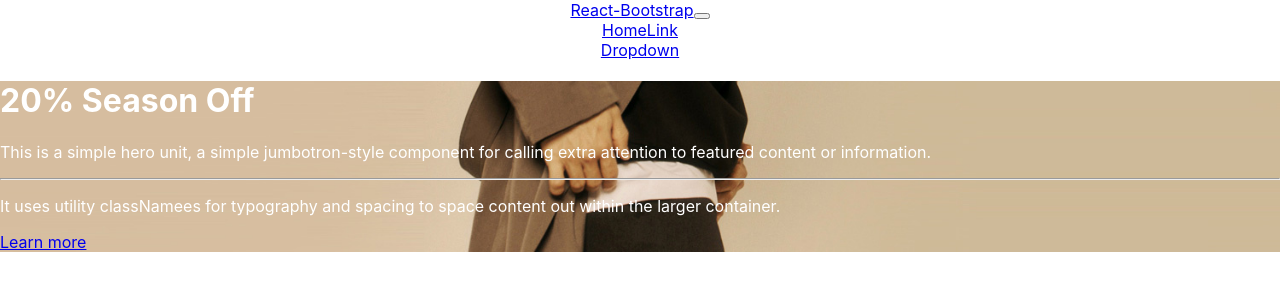
Repository: eunsuneun/react-shop
Page: /
The author's editor kept a copy of each file at every save. The page is drawn from the files as they stood at one save, then again after the next save.
The browser window is 1280 px wide. The pictures show the whole page.
The project was rebuilt for these pictures with package versions that can differ from the ones it lists, and the page was loaded fresh each time.

Above is the page before, as saved 2021-08-25 20:12:53.

### src/App.js
import logo from './logo.svg';
import { Navbar, Container, Nav, NavDropdown } from 'react-bootstrap';

import './App.css';

function App() {
  return (
    <div className='App'>
      <Navbar bg='light' expand='lg'>
        <Container>
          <Navbar.Brand href='#home'>React-Bootstrap</Navbar.Brand>
          <Navbar.Toggle aria-controls='basic-navbar-nav' />
          <Navbar.Collapse id='basic-navbar-nav'>
            <Nav className='me-auto'>
              <Nav.Link href='#home'>Home</Nav.Link>
              <Nav.Link href='#link'>Link</Nav.Link>
              <NavDropdown title='Dropdown' id='basic-nav-dropdown'>
                <NavDropdown.Item href='#action/3.1'>Action</NavDropdown.Item>
                <NavDropdown.Item href='#action/3.2'>
                  Another action
                </NavDropdown.Item>
                <NavDropdown.Item href='#action/3.3'>
                  Something
                </NavDropdown.Item>
                <NavDropdown.Divider />
                <NavDropdown.Item href='#action/3.4'>
                  Separated link
                </NavDropdown.Item>
              </NavDropdown>
            </Nav>
          </Navbar.Collapse>
        </Container>
      </Navbar>
      <div className='jumbotron visual'>
        <h1 className='display-4'>20% Season Off</h1>
        <p className='lead'>
          This is a simple hero unit, a simple jumbotron-style component for
          calling extra attention to featured content or information.
        </p>
        <hr className='my-4' />
        <p>
          It uses utility classNamees for typography and spacing to space
          content out within the larger container.
        </p>
        <a className='btn btn-primary btn-lg' href='#' role='button'>
          Learn more
        </a>
      </div>
    </div>
  );
}

export default App;

### src/App.css
.App {
  text-align: center;
}

.App-logo {
  height: 40vmin;
  pointer-events: none;
}

@media (prefers-reduced-motion: no-preference) {
  .App-logo {
    animation: App-logo-spin infinite 20s linear;
  }
}

.App-header {
  background-color: #282c34;
  min-height: 100vh;
  display: flex;
  flex-direction: column;
  align-items: center;
  justify-content: center;
  font-size: calc(10px + 2vmin);
  color: white;
}

.App-link {
  color: #61dafb;
}

@keyframes App-logo-spin {
  from {
    transform: rotate(0deg);
  }
  to {
    transform: rotate(360deg);
  }
}

.visual {
  background: url(img/visual.jpg) no-repeat center bottom / cover;
  text-align: left;
  color: #fff;
}

Loaded but not shown: src/index.js (common file); src/index.css (common file); src/reportWebVitals.js (common file)

After the next save:
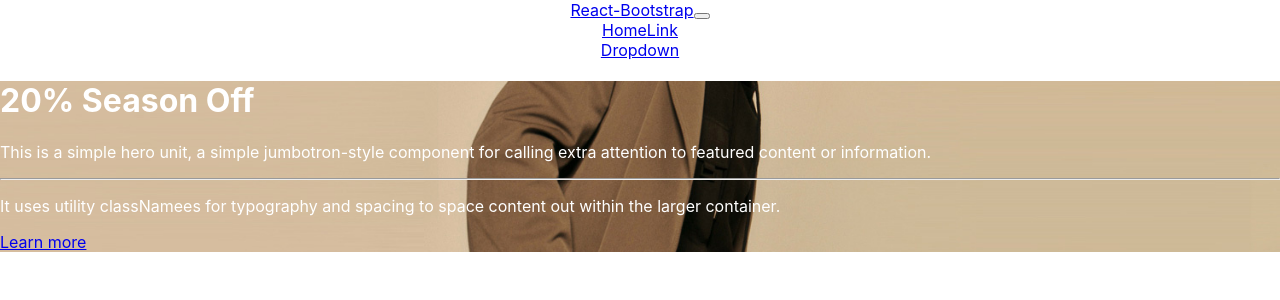
Saved 88 s later.
--- a/src/App.css
+++ b/src/App.css
@@ -38,7 +38,7 @@
 }
 
 .visual {
-  background: url(img/visual.jpg) no-repeat center bottom / cover;
+  background: url(img/visual.jpg) no-repeat center / cover;
   text-align: left;
   color: #fff;
 }
